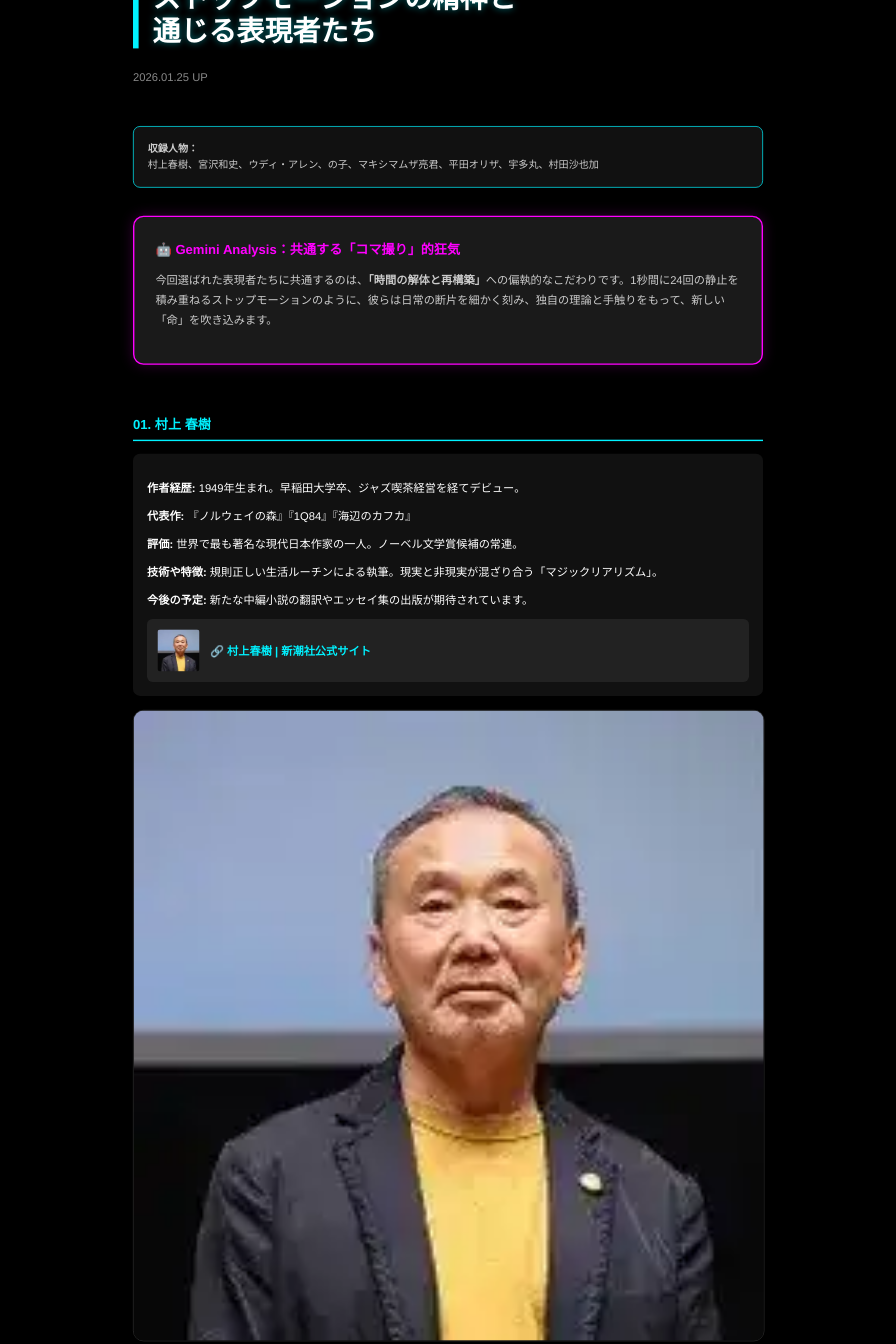
Repository: hamagoro/my-animation-site
Page: episodes/vol12.html
These files come from the project's save history. The page is drawn as it stood at one moment and after the next save; the edit follows.
The browser window is 1280 px wide. The pictures show the part of the page from y = 643 to 2563 px (the page is 13437 px tall before and 13498 px after), at 70% of full size.
A picture or video elsewhere on the page could not be fetched, so the positions and the page height are approximate.

Above is the page before, as saved 2026-01-25 16:40:33.

After the next save:
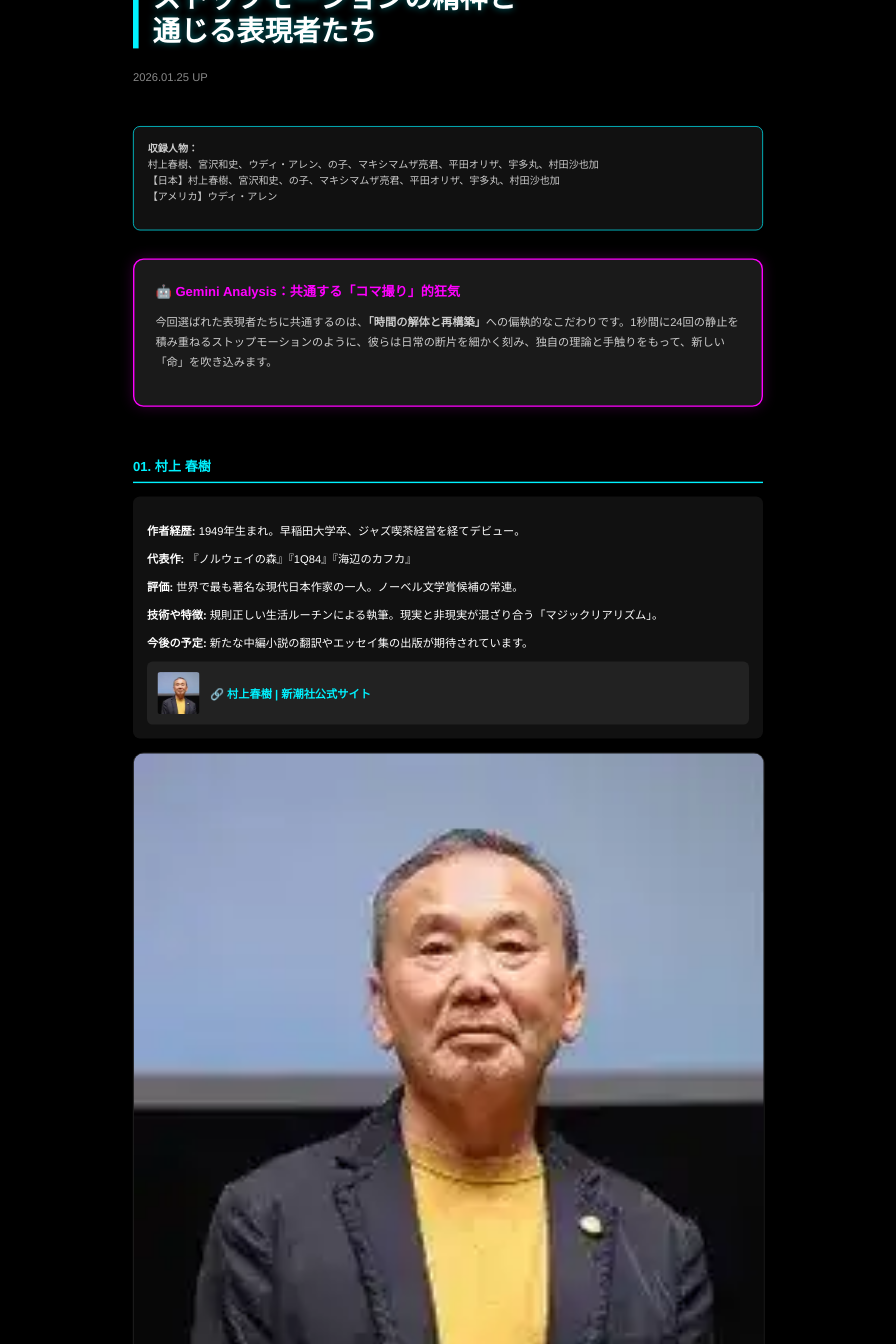
Saved 6 days later.
--- a/episodes/vol12.html
+++ b/episodes/vol12.html
@@ -44,6 +44,8 @@
     <div style="margin-bottom: 40px; padding: 20px; background: #111; border-radius: 10px; font-size: 0.9rem; color: #ccc; line-height: 1.6; border: 1px solid #00f2ff;">
         <p style="margin: 0;"><strong>収録人物：</strong><br>
         村上春樹、宮沢和史、ウディ・アレン、の子、マキシマムザ亮君、平田オリザ、宇多丸、村田沙也加</p>
+        【日本】村上春樹、宮沢和史、の子、マキシマムザ亮君、平田オリザ、宇多丸、村田沙也加<br>
+        【アメリカ】ウディ・アレン</p>
     </div>
 
         <section class="top-link-area" style="margin-bottom: 70px; padding: 30px; background: #1a1a1a; border-radius: 15px; border: 2px solid #ff00ff; box-shadow: 0 0 20px rgba(255, 0, 255, 0.2);">

After the save that followed:
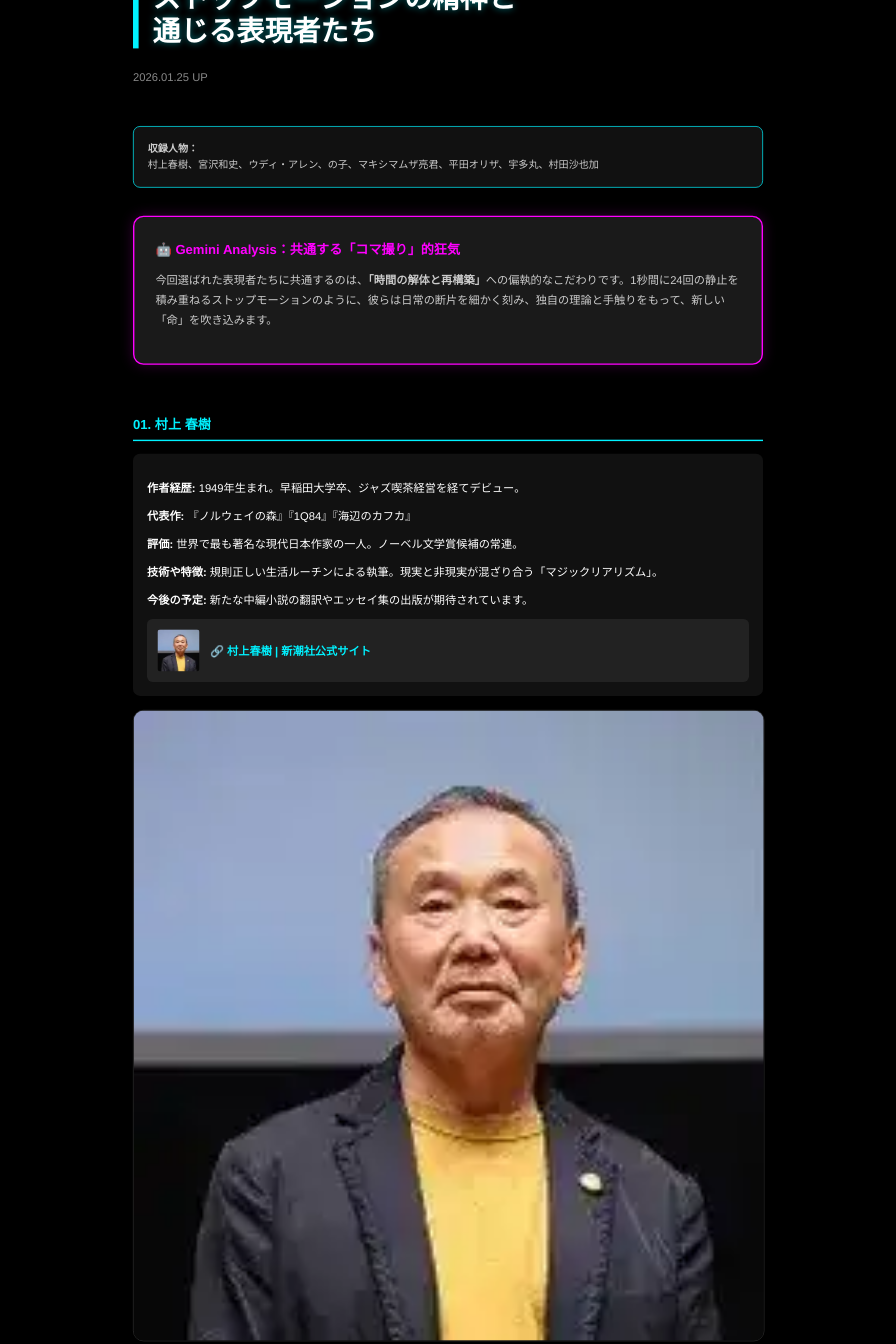
Saved 14 s later.
--- a/episodes/vol12.html
+++ b/episodes/vol12.html
@@ -44,8 +44,6 @@
     <div style="margin-bottom: 40px; padding: 20px; background: #111; border-radius: 10px; font-size: 0.9rem; color: #ccc; line-height: 1.6; border: 1px solid #00f2ff;">
         <p style="margin: 0;"><strong>収録人物：</strong><br>
         村上春樹、宮沢和史、ウディ・アレン、の子、マキシマムザ亮君、平田オリザ、宇多丸、村田沙也加</p>
-        【日本】村上春樹、宮沢和史、の子、マキシマムザ亮君、平田オリザ、宇多丸、村田沙也加<br>
-        【アメリカ】ウディ・アレン</p>
     </div>
 
         <section class="top-link-area" style="margin-bottom: 70px; padding: 30px; background: #1a1a1a; border-radius: 15px; border: 2px solid #ff00ff; box-shadow: 0 0 20px rgba(255, 0, 255, 0.2);">
